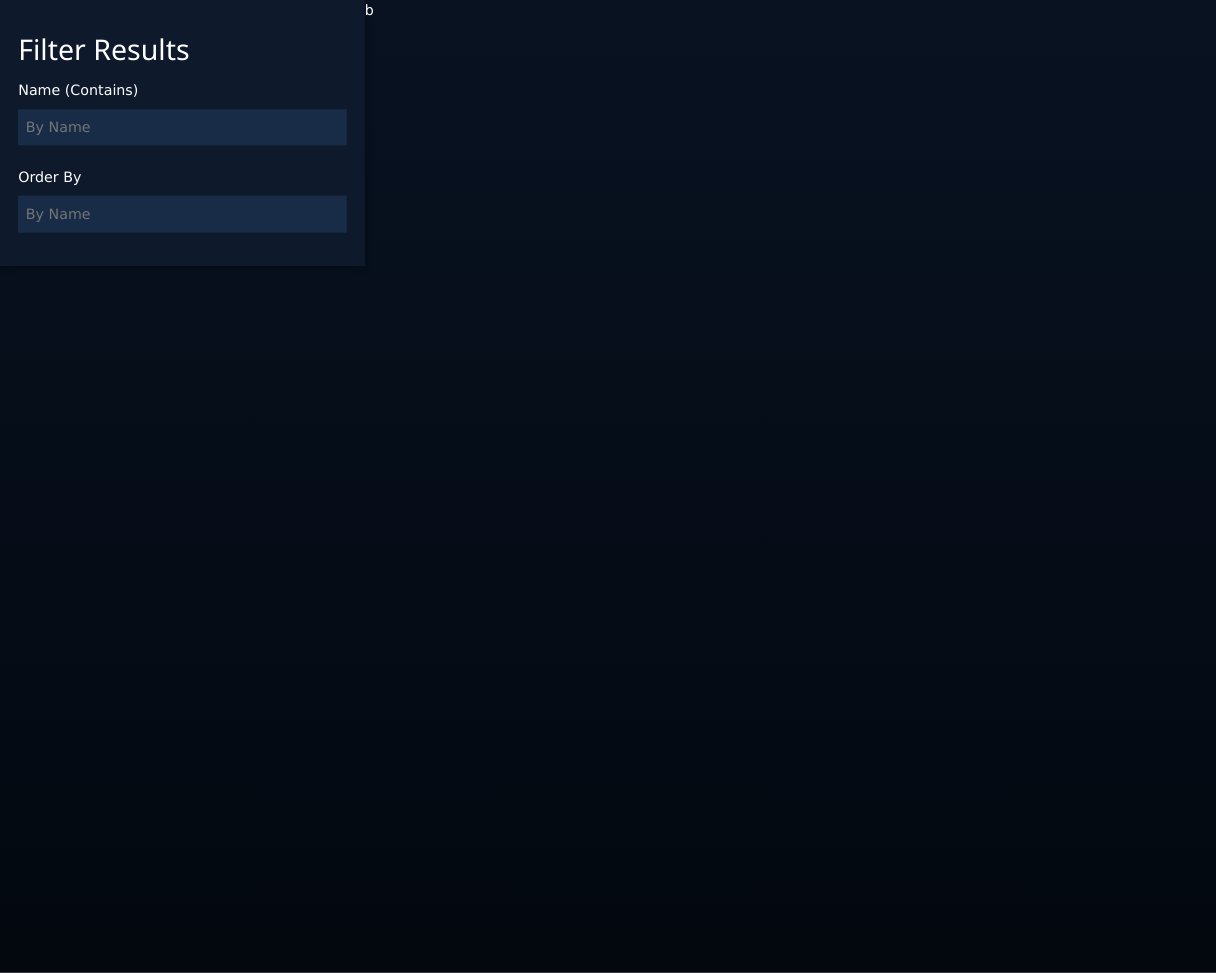
Repository: seyicoded/testestech
Page: /
These files come from the project's save history. The page is drawn as it stood at one moment and after the next save; the edit follows.
The browser window is 1280 px wide. The pictures show the whole page, at 95% of full size.
The project was rebuilt for these pictures with package versions that can differ from the ones it lists, and the page was loaded fresh each time.

Above is the page before, as saved 2022-02-07 13:50:55.

After the next save:
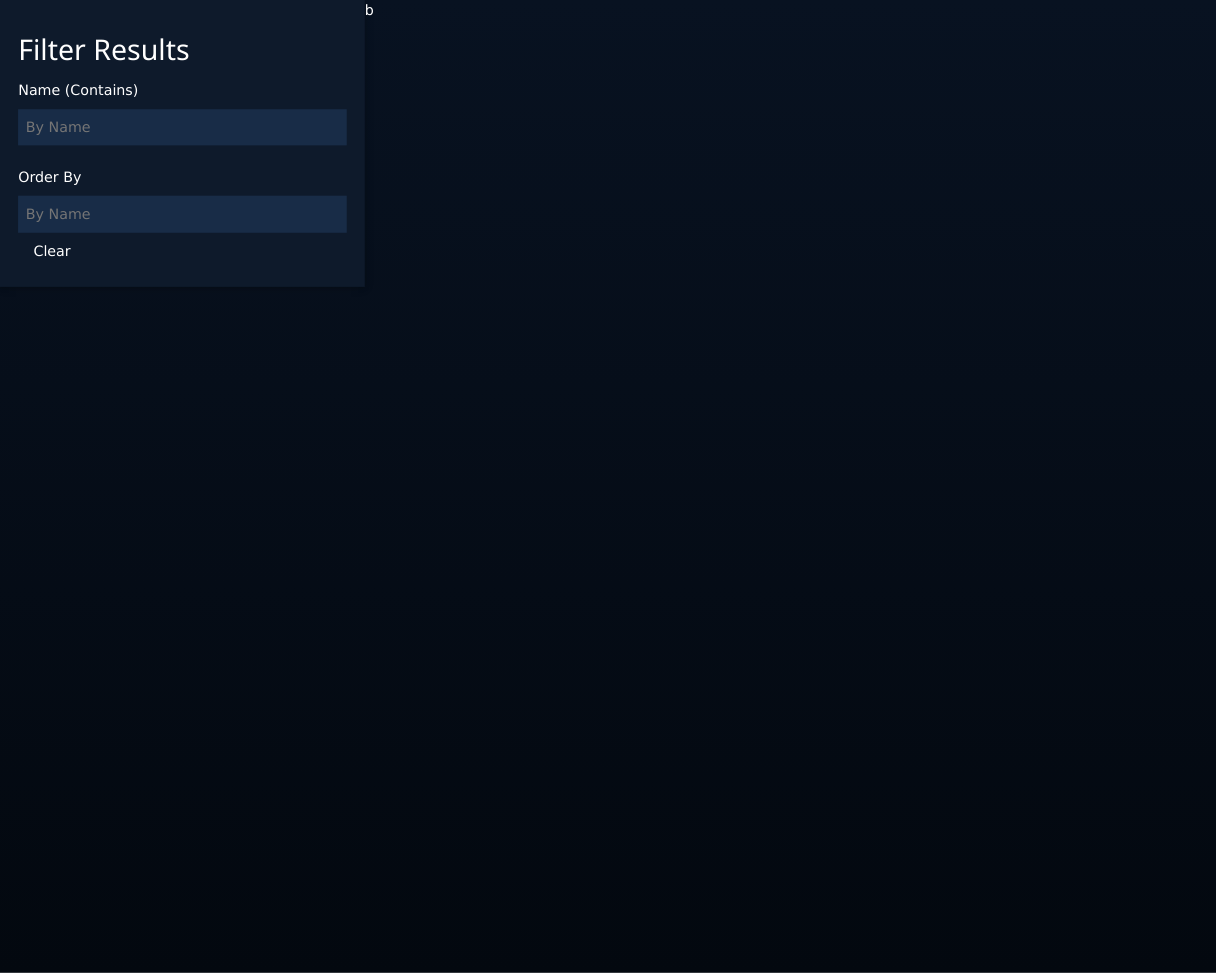
Saved 18 s later.
--- a/src/App.js
+++ b/src/App.js
@@ -28,7 +28,7 @@ function App() {
               </div>
 
               <div className='btn-container'>
-                <button className='w3-btn'></button>
+                <button className='w3-btn'>Clear</button>
               </div>
 
             </div>
